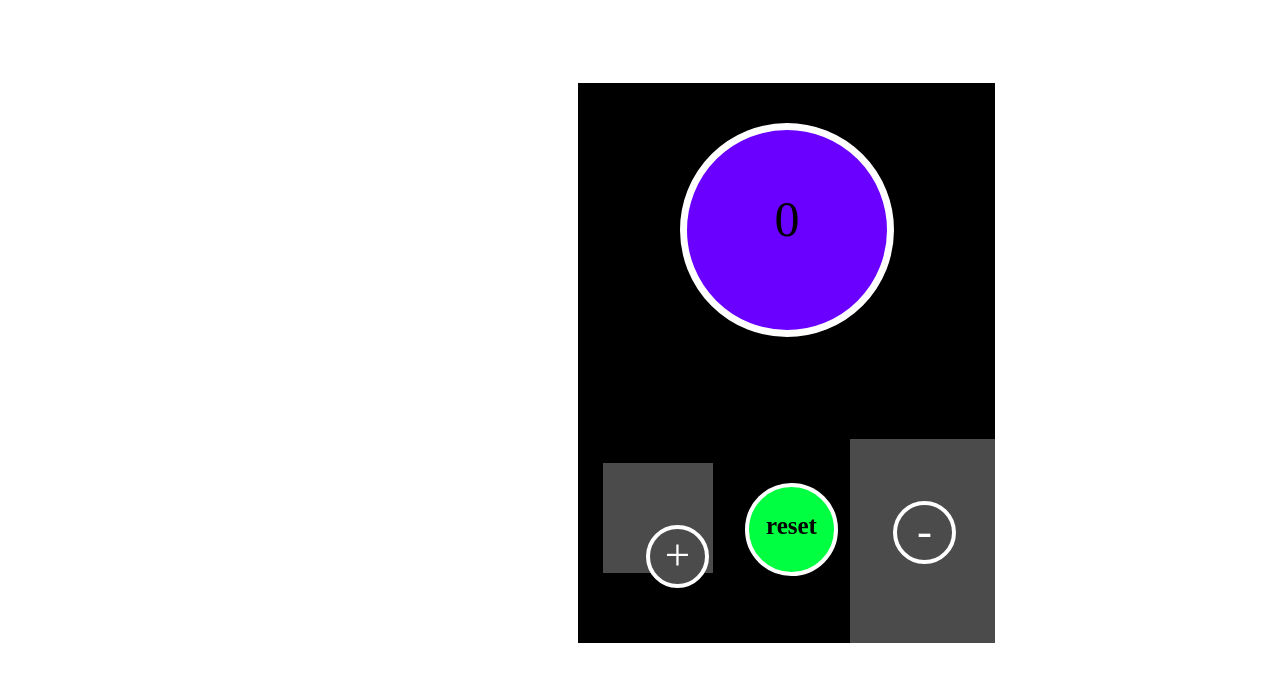
Repository: sara55m/Counter_App
Page: index.html
The author's editor kept a copy of each file at every save. The page is drawn from the files as they stood at one save, then again after the next save.
The browser window is 1280 px wide. The pictures show the whole page.

Above is the page before, as saved 2024-07-31 18:23:53.

After the next save:
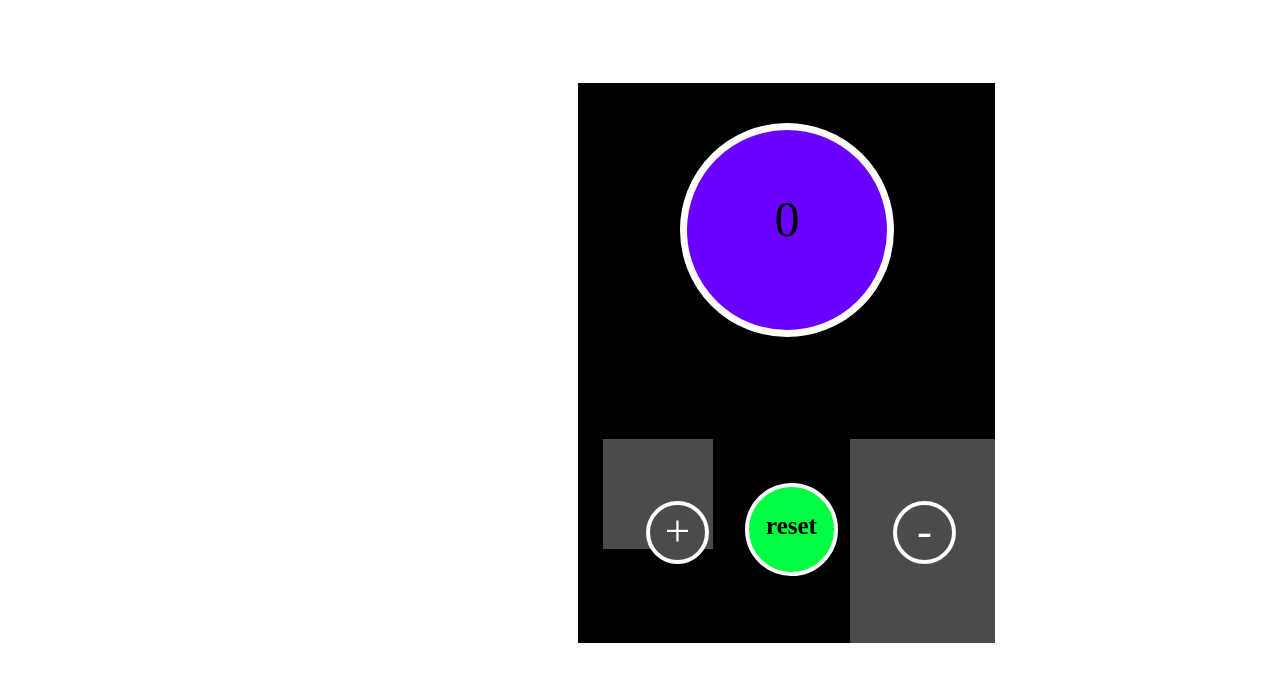
Saved 34 s later.
--- a/css/style.css
+++ b/css/style.css
@@ -29,7 +29,7 @@ p.one{
 
 .increase{
     position:absolute;
-    top:380px;
+    top:356px;
     left:25px;
     height:110px;
     width:110px;
